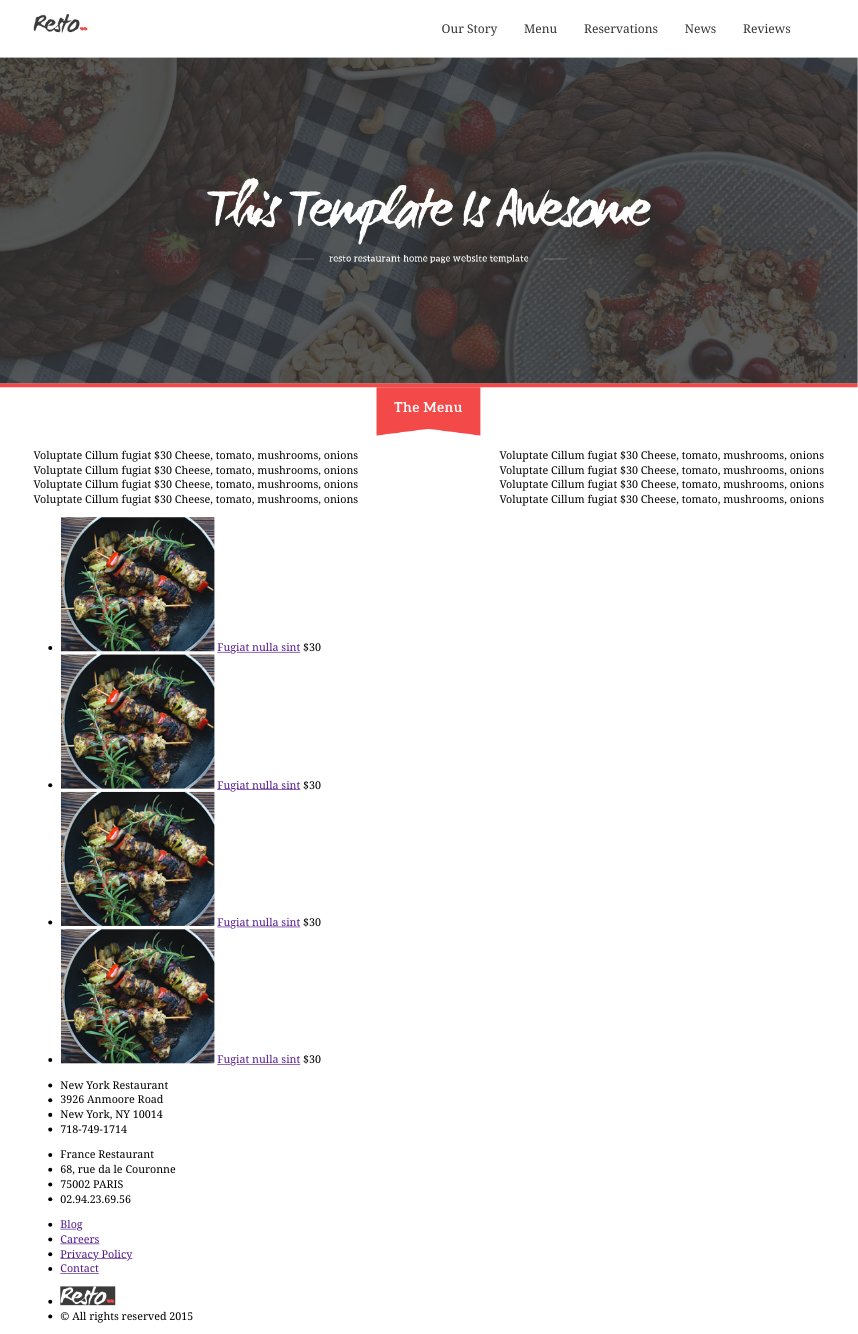
Repository: Piterwk1/psd-to-wordpress
Page: index.html
These files come from the project's save history. The page is drawn as it stood at one moment and after the next save; the edit follows.
The browser window is 1280 px wide. The pictures show the whole page, at 67% of full size.

Above is the page before, as saved 2021-09-23 01:07:24.

After the next save:
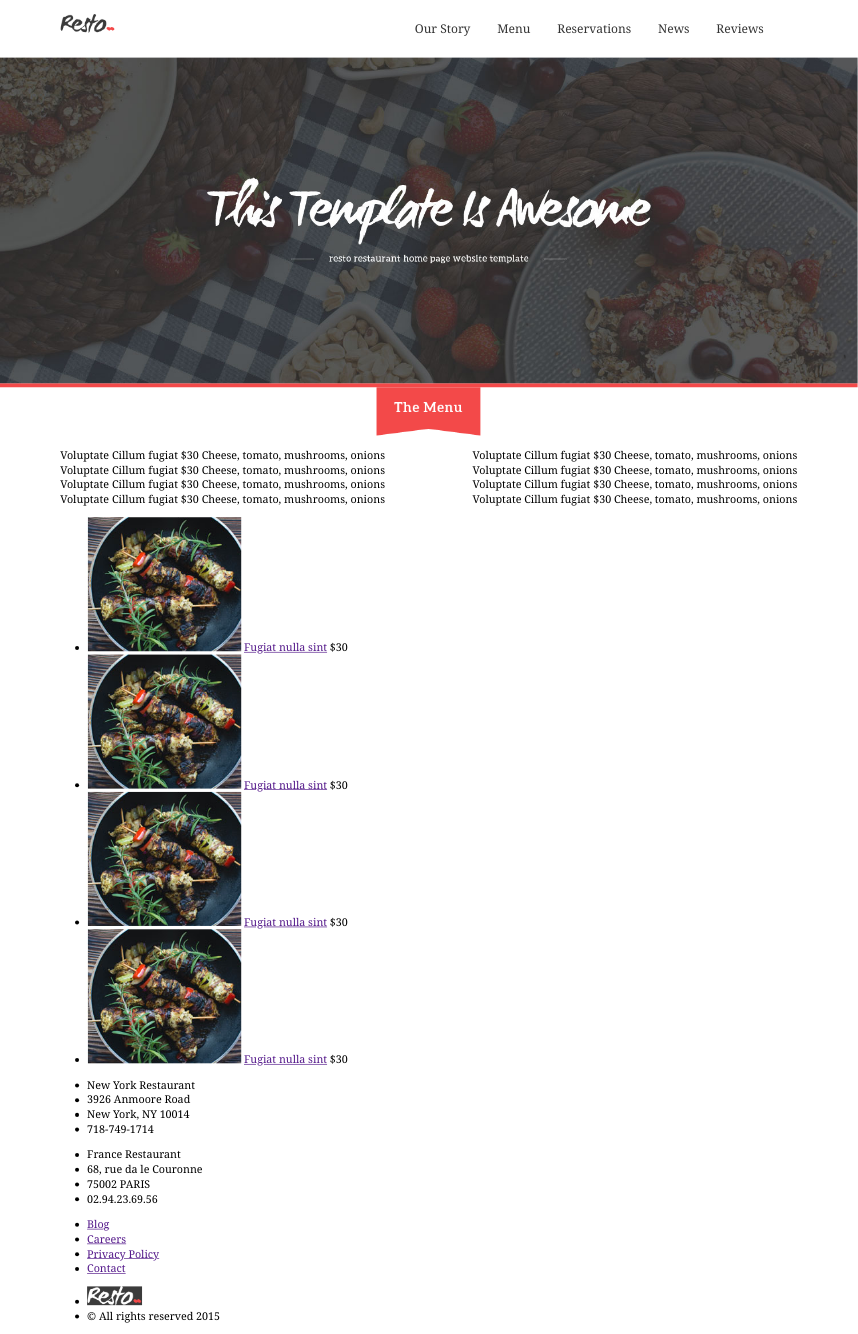
Saved 73 s later.
--- a/style.css
+++ b/style.css
@@ -6,7 +6,7 @@ body {
 .wrapper {
     width: 100%;
     /* max-width: 960px; */
-    max-width: 1180px;
+    max-width: 1100px;
     padding: 0 10px;
     margin:  0 auto;
 }
